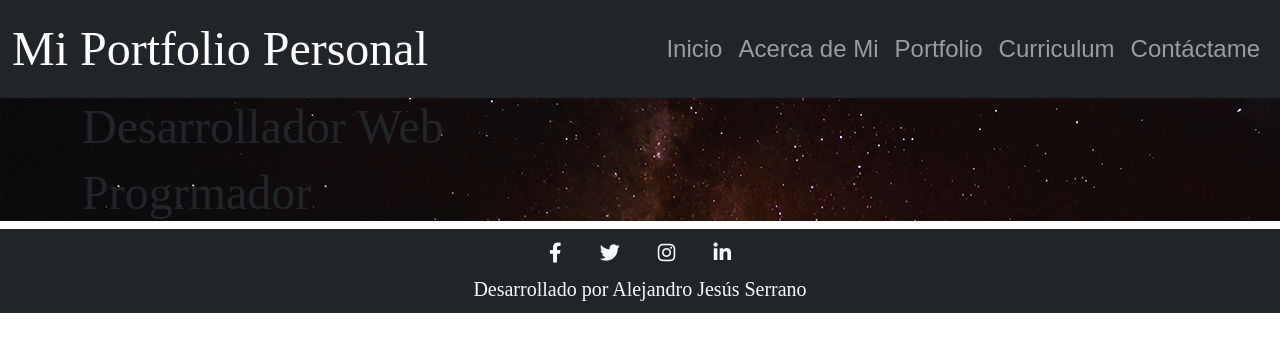
Repository: AlejandroJesusSerrano/portfolio
Page: portfolio/core/templates/core/home.html
These files come from the project's save history. The page is drawn as it stood at one moment and after the next save; the edit follows.
The browser window is 1280 px wide. The pictures show the whole page.
Some web fonts or font styles are not loaded; a fallback is used. The template is drawn by Django 4.2. The application's start-up code is not run. The template is opened directly, without the code that normally fills it, so the values that code supplies are empty.

Above is the page before, as saved 2023-09-06 08:57:12.

After the next save:
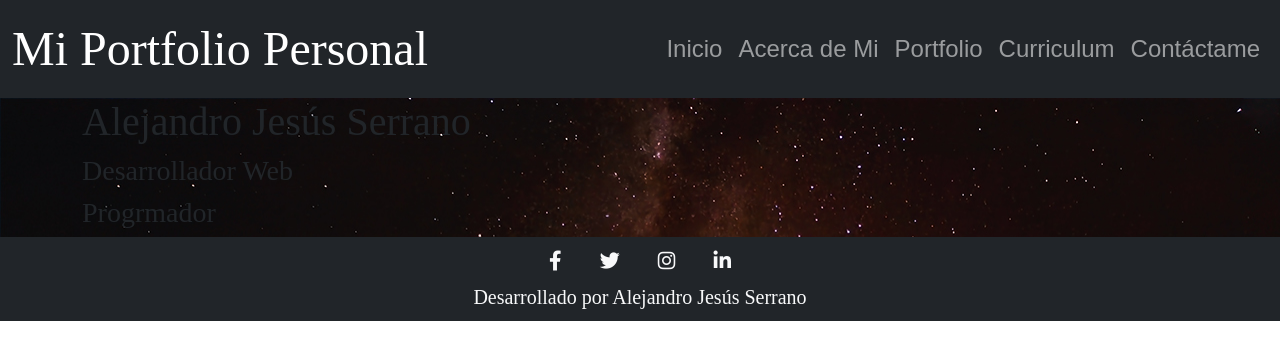
Saved 3 min 59 s later.
--- a/portfolio/core/templates/core/home.html
+++ b/portfolio/core/templates/core/home.html
@@ -3,11 +3,23 @@
 
 {% block title %} Inicio {% endblock title %}
 
+<!-- header -->
 {% block content %}
 <div class="home bkg-img">
   <div class="container">
-    <h3 class="brand">Desarrollador Web</h3>
-    <h3 class="brand">Progrmador</h3>
+    <div class="row">
+      <div class="col-12 brand">
+        <div>
+          <h1>Alejandro Jesús Serrano</h1>
+        </div>
+        <div>
+          <h3>Desarrollador Web</h3>
+        </div>
+        <div>
+          <h3>Progrmador</h3>
+        </div>
+      </div>
+    </div>
   </div>
 </div>
 {% endblock content %}
